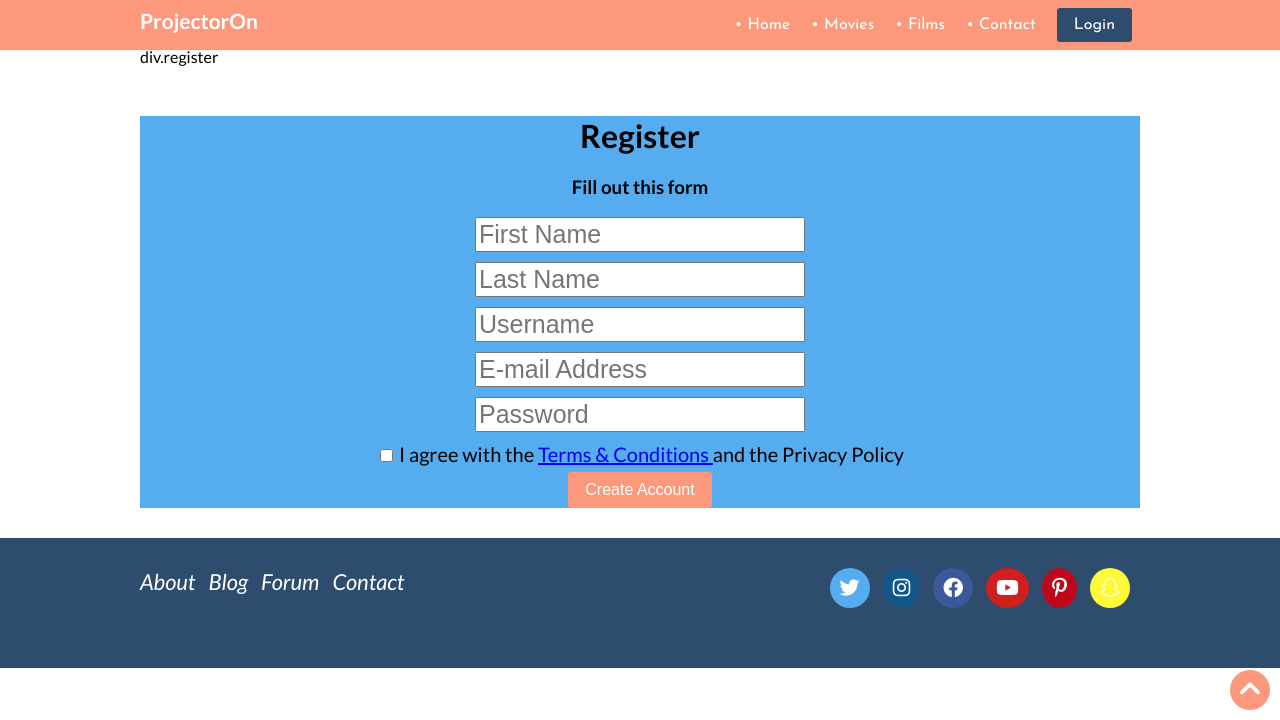
Repository: albayrakfatih/ProjectorOn_WebMovieApp
Page: register.html
The author's editor kept a copy of each file at every save. The page is drawn from the files as they stood at one save, then again after a run of saves.
The browser window is 1280 px wide. The pictures show the whole page.
Some web libraries are served in a nearby version.

Above is the page before, as saved 2023-04-30 01:55:02.

After the next 3 saves:
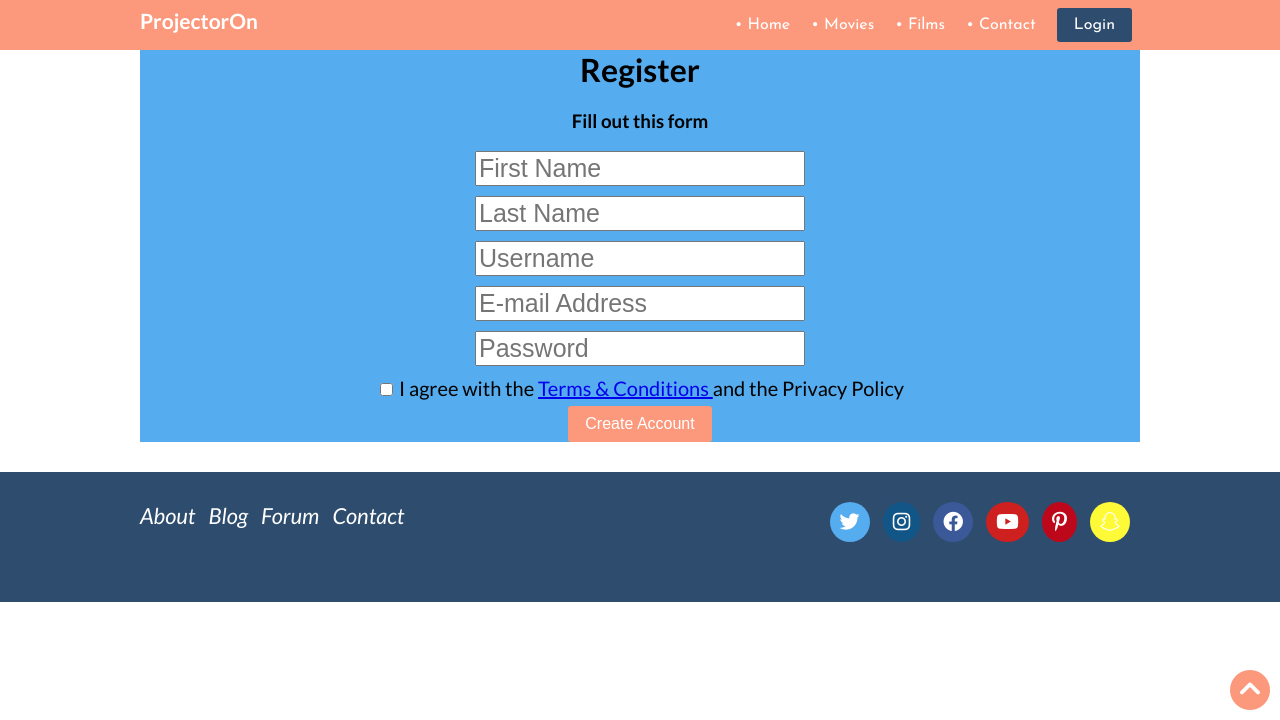
The 3 saves are shown as one change because they came seconds apart.
The last was saved 8 s later.
--- a/register.html
+++ b/register.html
@@ -44,7 +44,7 @@
    <main class="signup-page">
     <div class="container">
         <div class="row">
-            div.register
+            <div class="register-card-container"></div>
             <div class="register-card">
                 <h1>Register</h1>
                 <h3>Fill out this form</h2>
